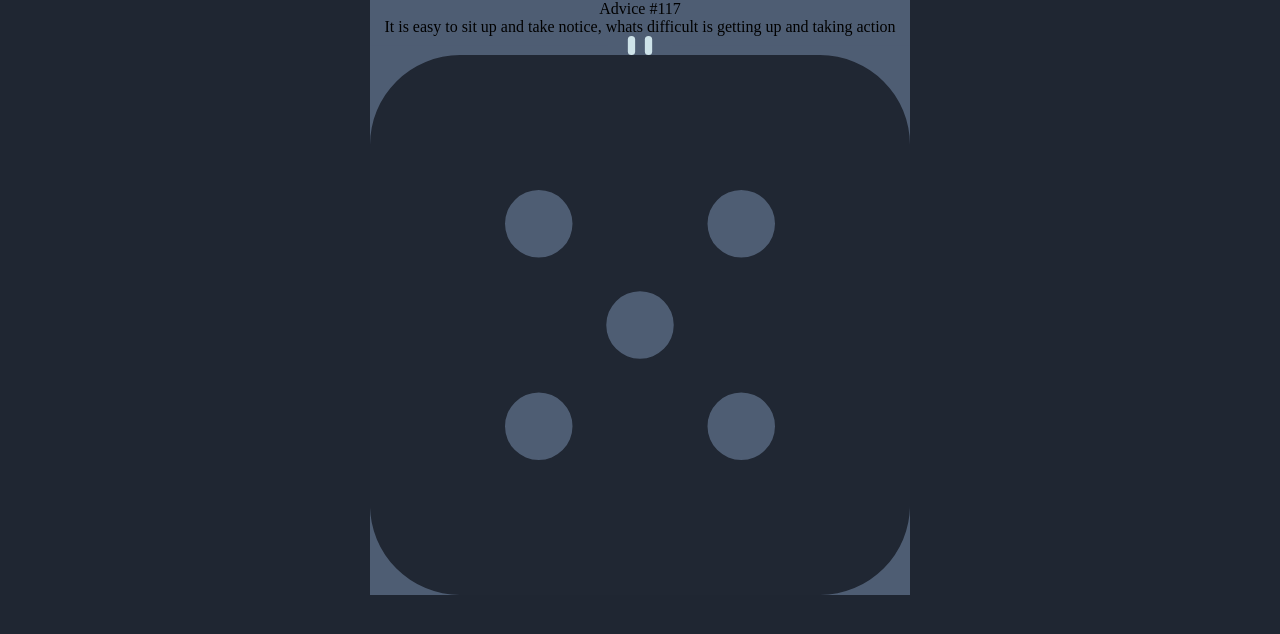
Repository: Arkitecth/advice-generator
Page: index.html
An editor plug-in stored every save of this project. The page is shown before and after the next save, followed by the edit.
The browser window is 1280 px wide. The pictures show the whole page.

Above is the page before, as saved 2023-07-12 17:19:56.

### index.html
<!DOCTYPE html>
<html lang="en">
<head>
  <meta charset="UTF-8">
  <meta name="viewport" content="width=device-width, initial-scale=1.0"> <!-- displays site properly based on user's device -->

  <link rel="icon" type="image/png" sizes="32x32" href="./images/favicon-32x32.png">
  <link rel="stylesheet" href="style.css">
  <title>Advice generator app</title>

</head>
<body>
  <div class="container">
    <p>Advice <span class="advice-num">#117</span></p>
    <p>It is easy to sit up and take notice, whats difficult is getting up and taking action</p>
    <img src="images/pattern-divider-desktop.svg" alt="pattern-divider-desktop">
    <img src="images/icon-dice.svg" alt="dice-icon">
  </div>
</body>
</html>

### style.css
:root {
    --dark-blue: hsl(218, 23%, 16%);
    --dark-grayish-blue:hsl(217, 19%, 24%);
    --light-cyan:  hsl(193, 38%, 86%);
    --neon-green:hsl(150, 100%, 66%);
    --grayish-blue:hsl(217, 19%, 38%);
}
* {
    margin: 0;
    padding:0;
    box-sizing: border-box;
}
@import url('https://fonts.googleapis.com/css2?family=Manrope:wght@800&display=swap');


body {
    background-color: var(--dark-blue);
}

.container {
    margin: 0 auto;
    background-color: var(--grayish-blue);
    max-width: 540px;
    display: flex;
    flex-direction: column;
    justify-content: center;
    text-align: center;
}

After the next save:
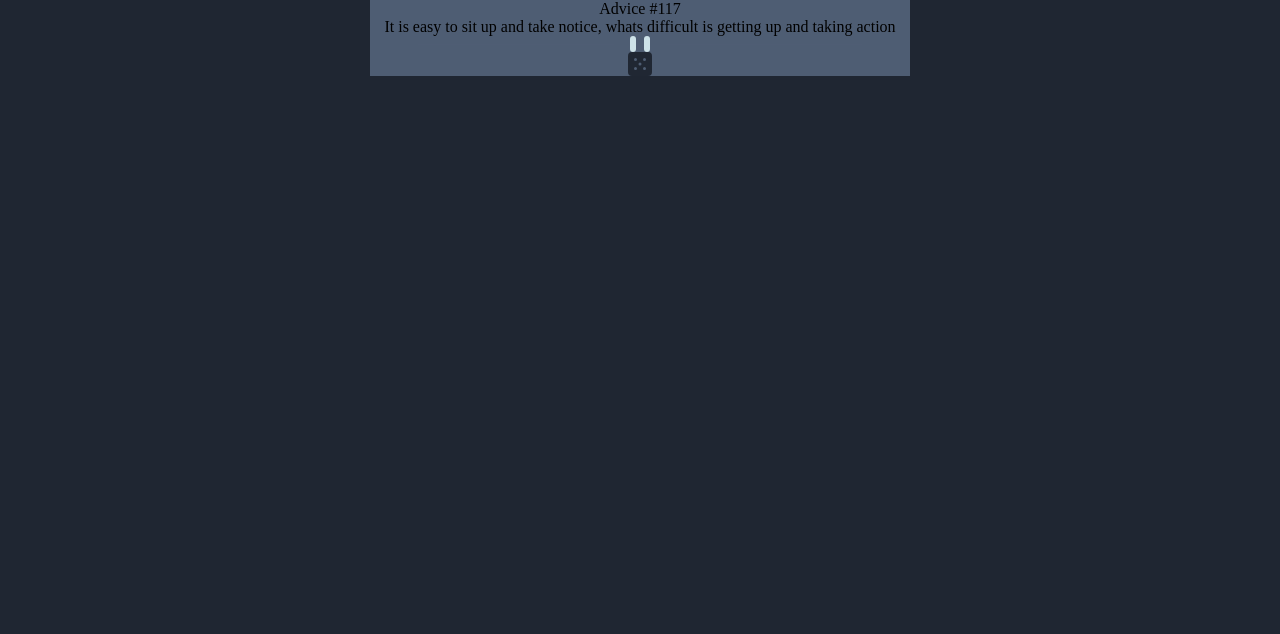
Saved 6 s later.
--- a/style.css
+++ b/style.css
@@ -23,6 +23,6 @@
     max-width: 540px;
     display: flex;
     flex-direction: column;
-    justify-content: center;
+    align-items: center;
     text-align: center;
 }
